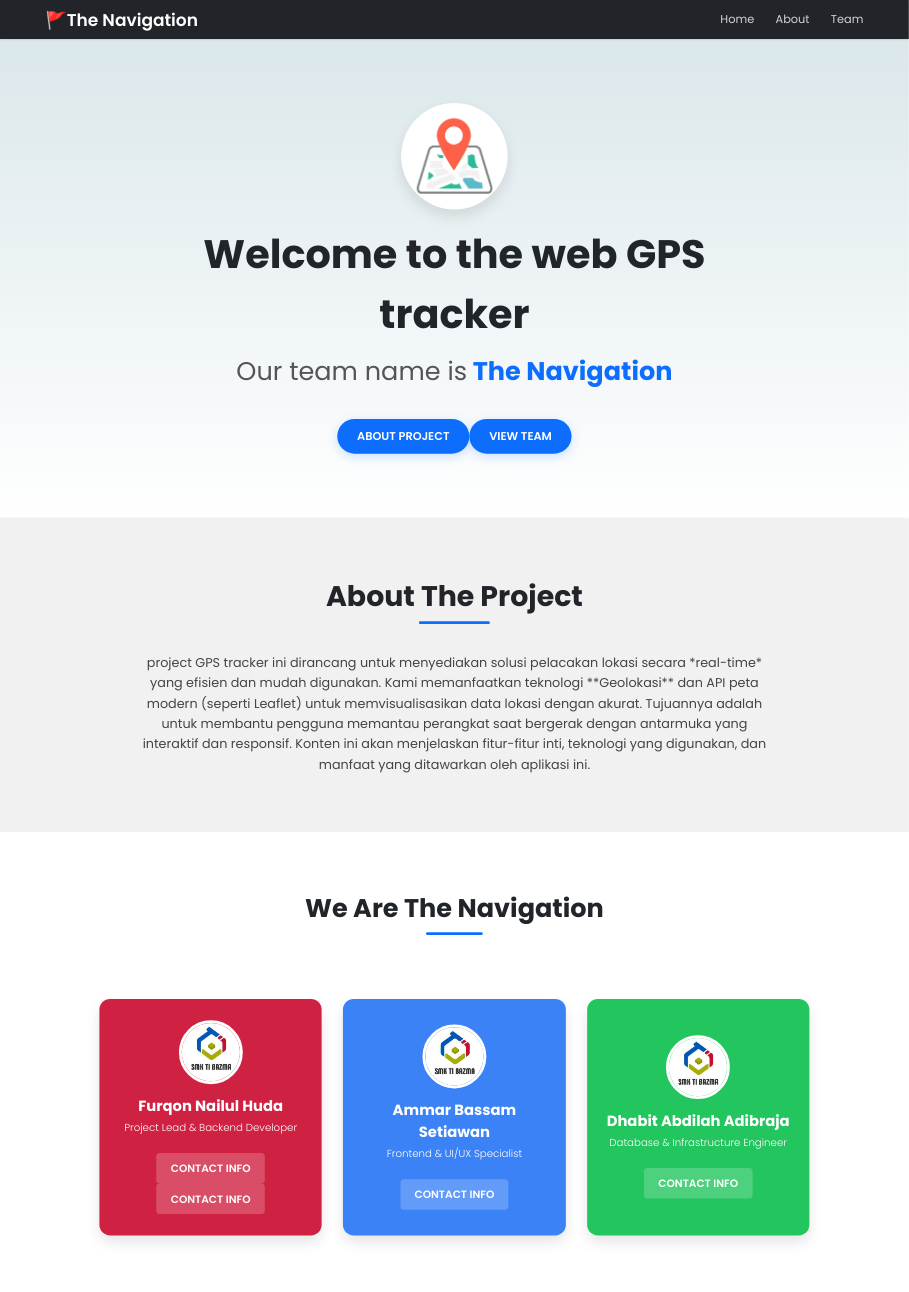
Repository: ammarsetiawan/gps-traker
Page: about.html
The author's editor kept a copy of each file at every save. The page is drawn from the files as they stood at one save, then again after a run of saves.
The browser window is 1280 px wide. The pictures show the whole page, at 71% of full size.

Above is the page before, as saved 2025-11-27 16:49:46.

After the next 6 saves:
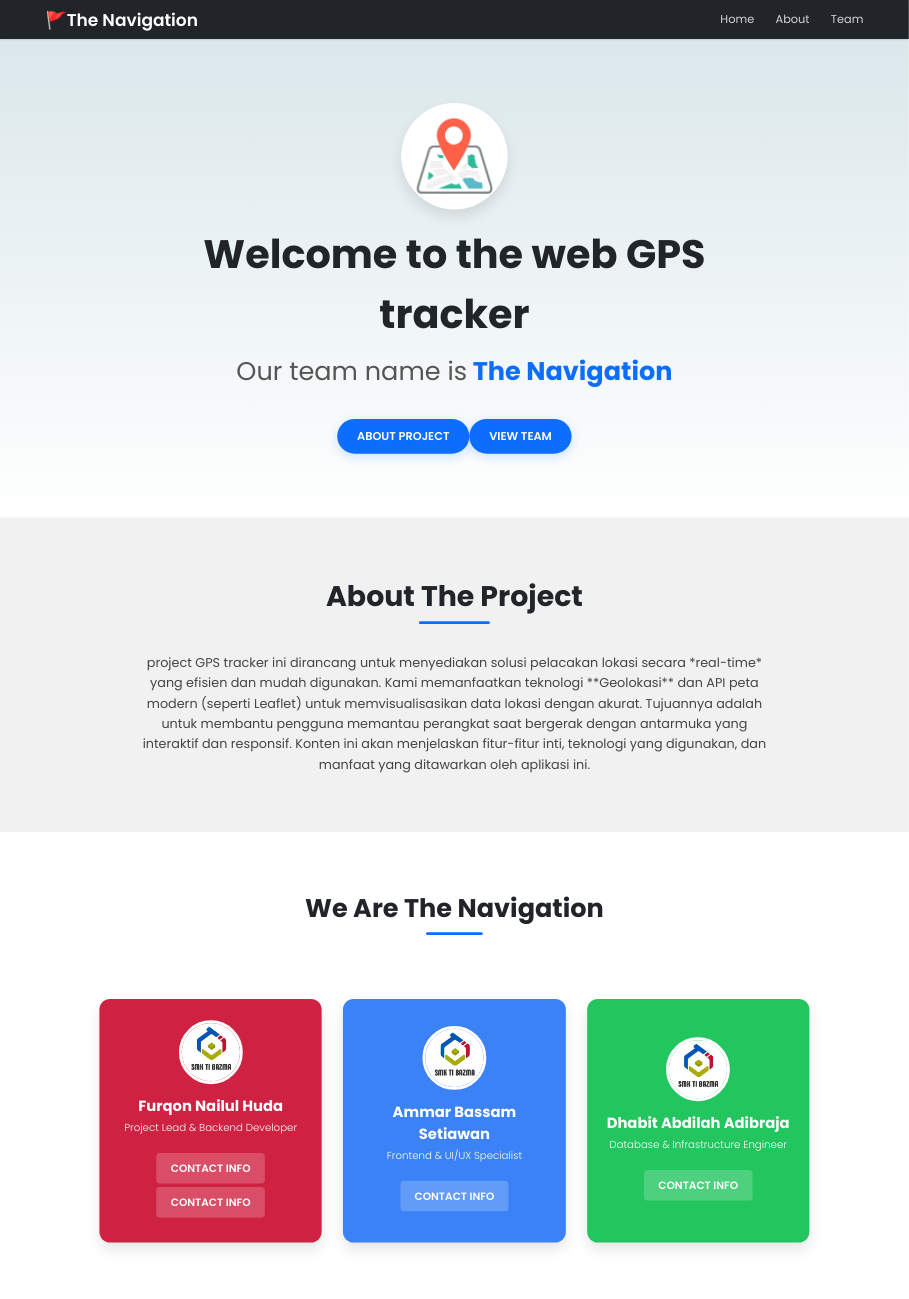
The 6 saves are shown as one change because they came seconds apart.
The last was saved 49 s later.
--- a/about.html
+++ b/about.html
@@ -341,6 +341,7 @@
             background-color: rgba(255, 255, 255, 0.2);
             box-shadow: none;
             border-radius: 5px;
+            margin-bottom: 5px;
         }
 
         .cards .card .btn-custom:hover {
